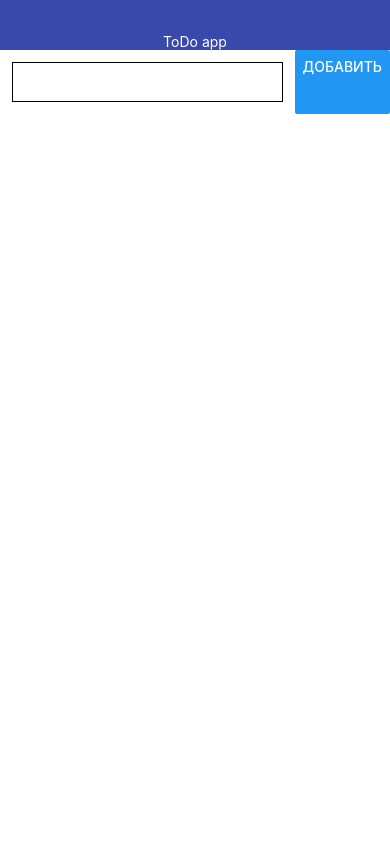
Repository: saint-fons/React-Native-Expo-TypeScript-Hooks
Screen: /
The author's editor kept a copy of each file at every save. The screen is drawn from the files as they stood at one save, then again after the next save.
The app was drawn by React Native's web renderer in a window 390 px wide. The project was rebuilt for these pictures with package versions that can differ from the ones it lists, and the page was loaded fresh each time.

Above is the screen before, as saved 2021-07-26 17:35:59.

### App.tsx
import { StatusBar } from 'expo-status-bar';
import React from 'react';
import { StyleSheet, View } from 'react-native';
import AddTodo from './components/AddTodo';
import NavBar from './components/NavBar';

export default function App() {
  return (
    <View style={styles.container}>
      <NavBar
        title={"ToDo app"}
      />
      <AddTodo
      />
    </View>
  );
}

const styles = StyleSheet.create({
  container: {

  },
});

### components/AddTodo.tsx
import * as React from 'react';
import { FC } from 'react';
import { View, StyleSheet, Alert, TextInput, Button } from 'react-native';

const AddTodo: FC<any> = ({ }) => {
    return (
        <View style={styles.block}>
            <Button
                title='Добавить'
                onPress={() => Alert.alert('Simple Button pressed')}
            />
            <TextInput
                style={styles.input}
            />
        </View>
    )
}

const styles = StyleSheet.create({
    block: {
        flexDirection: 'row-reverse',
        justifyContent: 'space-between',
    },
    input: {
        height: 40,
        margin: 12,
        borderWidth: 1,
        width: "70%",
    },
});


export default AddTodo

### components/NavBar.tsx
import * as React from 'react';
import { FC } from "react";
import { StyleSheet, Text, View } from 'react-native';



const NavBar: FC<any> = ({ title }) => {
    return (
        <View style={styles.navbar}>
            <Text style={styles.text}>
                {title}
            </Text>
        </View>
    )
}

const styles = StyleSheet.create({
    navbar: {
        height: 50,
        alignItems: 'center',
        justifyContent: "flex-end",
        color: '#000',
        backgroundColor: '#3949ab'
    },
    text: {
        color: 'white'
    }
});


export default NavBar

After the next save:
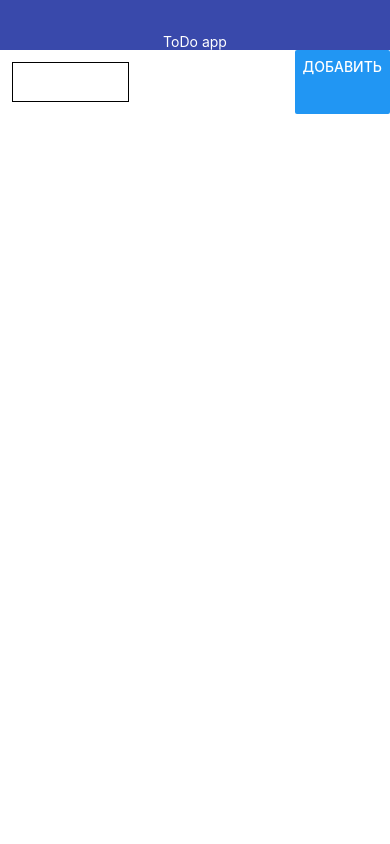
Saved 62 s later.
--- a/components/AddTodo.tsx
+++ b/components/AddTodo.tsx
@@ -25,7 +25,7 @@ const styles = StyleSheet.create({
         height: 40,
         margin: 12,
         borderWidth: 1,
-        width: "70%",
+        width: "30%",
     },
 });
 
